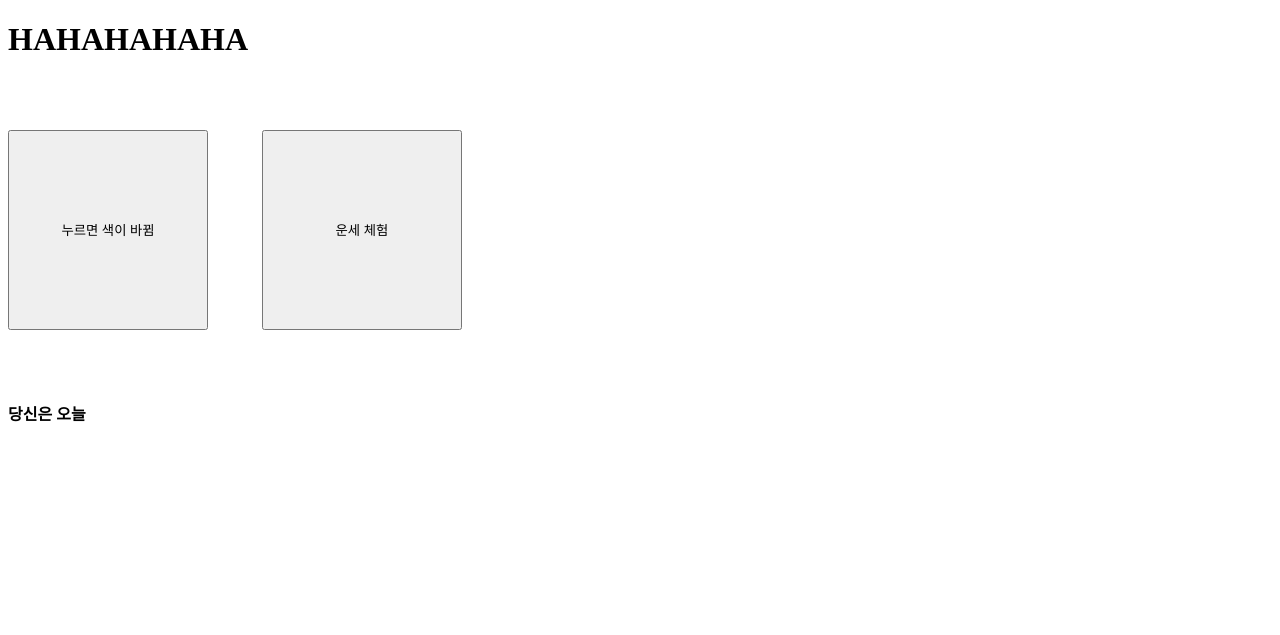
Repository: jun01270/F-E-practice
Page: index.html
The author's editor kept a copy of each file at every save. The page is drawn from the files as they stood at one save, then again after the next save.
The browser window is 1280 px wide. The pictures show the whole page.

Above is the page before, as saved 2022-12-12 20:07:30.

### index.html
<!DOCTYPE html>
<html lang="en">
  <head>
    <meta charset="UTF-8" />
    <meta http-equiv="X-UA-Compatible" content="IE=edge" />
    <meta name="viewport" content="width=device-width, initial-scale=1.0" />
    <link rel="stylesheet" href="style.css" />
    <title>Document</title>
  </head>
  <body>
    <div class="first">
      <h1 id="laugh">HAHAHAHAHA</h1>
      <button class="Boom">누르면 색이 바뀜</button>
      <button class="lucky">운세 체험</button>
    </div>
    <div id="usersLuck"><h4>당신은 오늘</h4></div>
    <script src="app.js"></script>
  </body>
</html>

### style.css
.Boom {
  width: 200px;
  height: 200px;
}

.lucky {
  width: 200px;
  height: 200px;
  margin: 50px 50px;
}

### app.js
const title = document.querySelector(".first h1");

const dayluck = document.querySelector("#usersLuck");
const colors = [
  "Yellow",
  "Green",
  "Gray",
  "Red",
  "Pink",
  "Blue",
  "Black",
  "Brown",
];

const luck = [
  "운이 좋은 날입니다",
  "운이 안 좋은 날입니다",
  "당장 복권을 사세요",
  "차 조심하세요",
];

whatColors = colors[Math.floor(Math.random() * 7)];

function afterClick() {
  console.log("CLick!!!");
  console.log(colors[Math.floor(Math.random() * 7)]);
  if (title.style.color === "red") {
    title.style.color = colors[Math.floor(Math.random() * 7)];
  } else {
    title.style.color = colors[Math.floor(Math.random() * 7)];
  }
}
function luckTest() {
  dayluck.innerHTML = "당신은 오늘" + luck[Math.floor(Math.random() * 3)];
}

title.addEventListener("click", afterClick);

const button1 = document.querySelector(".first button");
const lucky = document.querySelector(".first ");
console.log(button1);

button1.addEventListener("click", afterClick);
lucky.addEventListener("click", luckTest);

After the next save:
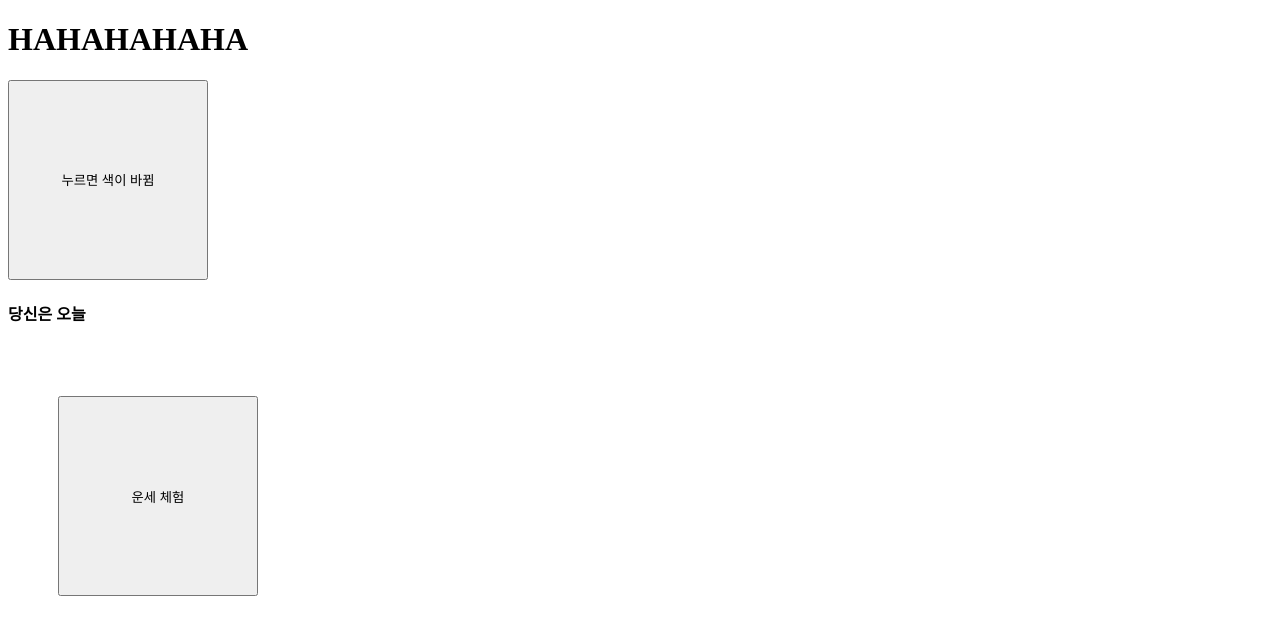
Saved 31 s later.
--- a/index.html
+++ b/index.html
@@ -11,9 +11,11 @@
     <div class="first">
       <h1 id="laugh">HAHAHAHAHA</h1>
       <button class="Boom">누르면 색이 바뀜</button>
+    </div>
+    <div id="usersLuck">
+      <h4>당신은 오늘</h4>
       <button class="lucky">운세 체험</button>
     </div>
-    <div id="usersLuck"><h4>당신은 오늘</h4></div>
     <script src="app.js"></script>
   </body>
 </html>
